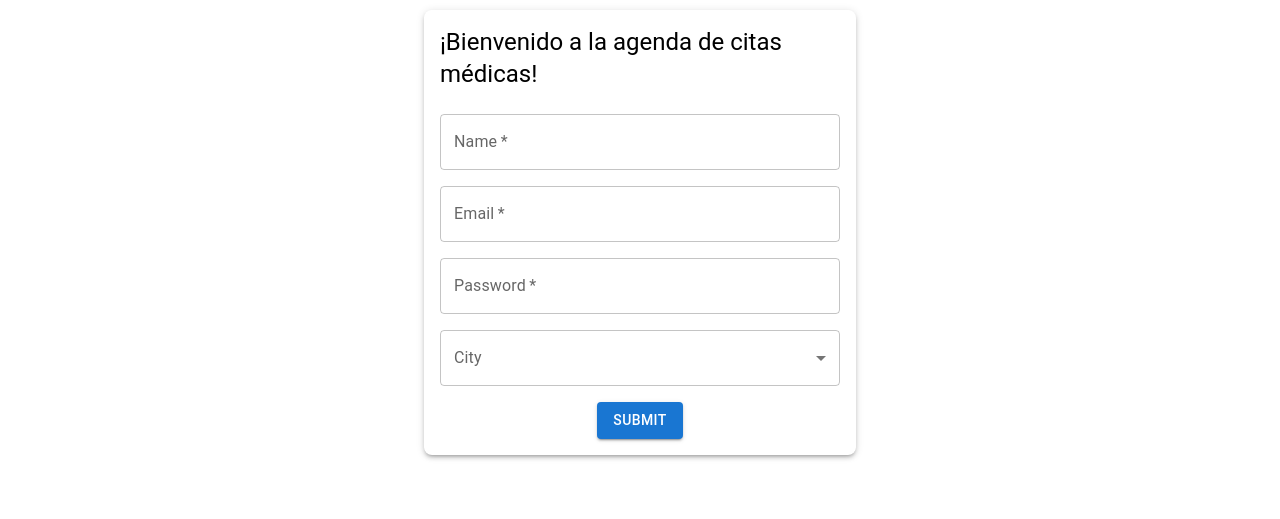
Repository: nicoleabaddd/FormReactJs
Page: /
The author's editor kept a copy of each file at every save. The page is drawn from the files as they stood at one save, then again after the next save.
The browser window is 1280 px wide. The pictures show the whole page.
The project was rebuilt for these pictures with package versions that can differ from the ones it lists, and the page was loaded fresh each time. Also part of the build but not shown: src/App.css.

Above is the page before, as saved 2024-07-15 00:55:18.

### src/App.js
import './App.css';
import { Box } from '@mui/material';
import FormPages from "./pages/formPages";

const App = () => {
  return (
    <div>
      <FormPages />
    </div>
  );
};

export default App;

### src/pages/formPages.jsx
import { Box } from "@mui/material";
import React from "react";
import Forms from "../components/formulario";

const FormPages=()=> {
    return (
        <Box sx={{marginTop: "10px"}}> <Forms/></Box>
    )
};

export default FormPages;

### src/components/formulario.jsx
import React, { useState } from "react";
import {
    TextField,
    Button,
    Box,
    Typography,
    Dialog,
    DialogActions,
    DialogContent,
    DialogContentText,
    DialogTitle,
    MenuItem,
    Select,
    InputLabel,
    FormControl
  } from "@mui/material";

  const cities = [
    { name: "Quito", value: "Quito" },
    { name: "Guayaquil", value: "Guayaquil" },
    { name: "Cuenca", value: "Cuenca" },
    { name: "Santo Domingo", value: "Santo Domingo" },
    { name: "Machala", value: "Machala" },
    { name: "Durán", value: "Durán" },
    { name: "Manta", value: "Manta" },
    { name: "Portoviejo", value: "Portoviejo" },
    { name: "Ambato", value: "Ambato" },
    { name: "Riobamba", value: "Riobamba" }
  ];

  const Forms = () => {
    const [formData, setFormData] = useState({
      name: "",
      email: "",
      password: "",
      city: ""
    });
    const [open, setOpen] = useState(false);

    const handleChange = (e) => {
      const { name, value } = e.target;
      setFormData((prevData) => ({
        ...prevData,
        [name]: value
      }));
    };

    const handleSubmit = (e) => {
      e.preventDefault();
      console.log(formData);
      setOpen(true);  // Abre el diálogo cuando el formulario se envía
    };

    const handleClose = () => {
      setOpen(false);  // Cierra el diálogo
    };

    return (
      <Box
        component="form"
        onSubmit={handleSubmit}
        sx={{
          display: "flex",
          flexDirection: "column",
          alignItems: "center",
          gap: 2,
          maxWidth: 400,
          margin: "auto",
          padding: 2,
          boxShadow: 3,
          borderRadius: 2
        }}
      >
        <Typography variant="h5" component="h1" gutterBottom>
          ¡Bienvenido a la agenda de citas médicas!
        </Typography>
        <TextField
          label="Name"
          name="name"
          value={formData.name}
          onChange={handleChange}
          fullWidth
          required
        />
        <TextField
          label="Email"
          name="email"
          value={formData.email}
          onChange={handleChange}
          fullWidth
          required
          type="email"
        />
        <TextField
          label="Password"
          name="password"
          value={formData.password}
          onChange={handleChange}
          fullWidth
          required
          type="password"
        />
        <FormControl fullWidth>
          <InputLabel id="city-label">City</InputLabel>
          <Select
            labelId="city-label"
            name="city"
            value={formData.city}
            onChange={handleChange}
            label="City"
            fullWidth
            required
          >
            {cities.map((city, index) => (
              <MenuItem key={index} value={city.value}>
                {city.name}
              </MenuItem>
            ))}
          </Select>
        </FormControl>
        <Button variant="contained" color="primary" type="submit">
          Submit
        </Button>

        <Dialog open={open} onClose={handleClose}>
          <DialogTitle>{"Cita agendada"}</DialogTitle>
          <DialogContent>
            <DialogContentText>
              ¡Tu cita ha sido agendada exitosamente!
            </DialogContentText>
          </DialogContent>
          <DialogActions>
            <Button onClick={handleClose} color="primary" autoFocus>
              Close
            </Button>
          </DialogActions>
        </Dialog>
      </Box>
    );
  };

export default Forms;

Loaded but not shown: public/index.html (common file); src/index.js (common file); src/index.css (common file); src/reportWebVitals.js (common file)

After the next save:
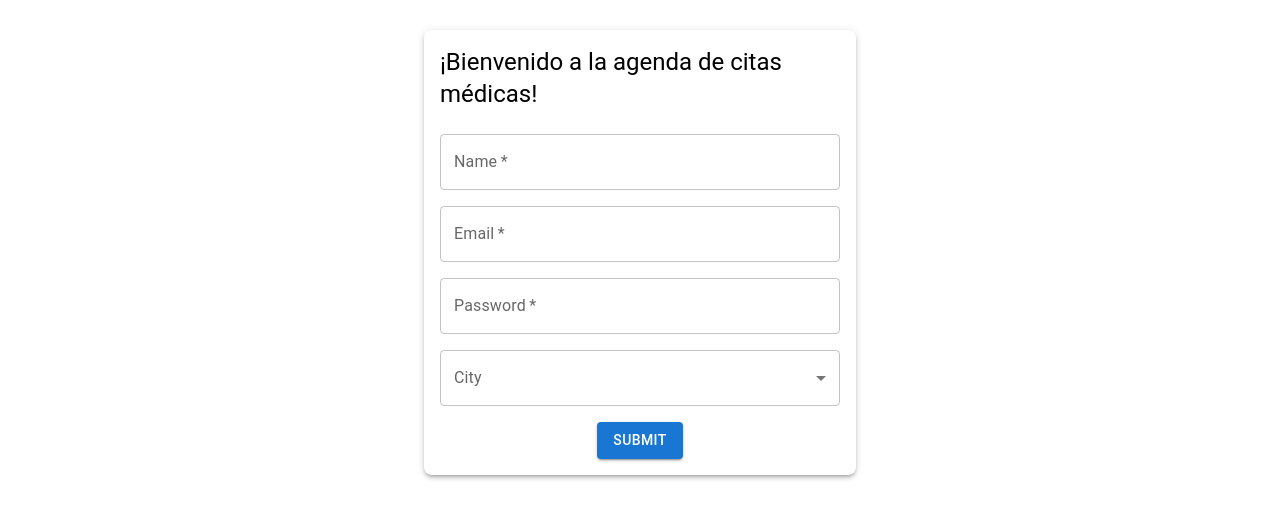
Saved 16 s later.
--- a/src/pages/formPages.jsx
+++ b/src/pages/formPages.jsx
@@ -4,7 +4,7 @@ import Forms from "../components/formulario";
 
 const FormPages=()=> {
     return (
-        <Box sx={{marginTop: "10px"}}> <Forms/></Box>
+        <Box sx={{marginTop: "30px"}}> <Forms/></Box>
     )
 };
 
